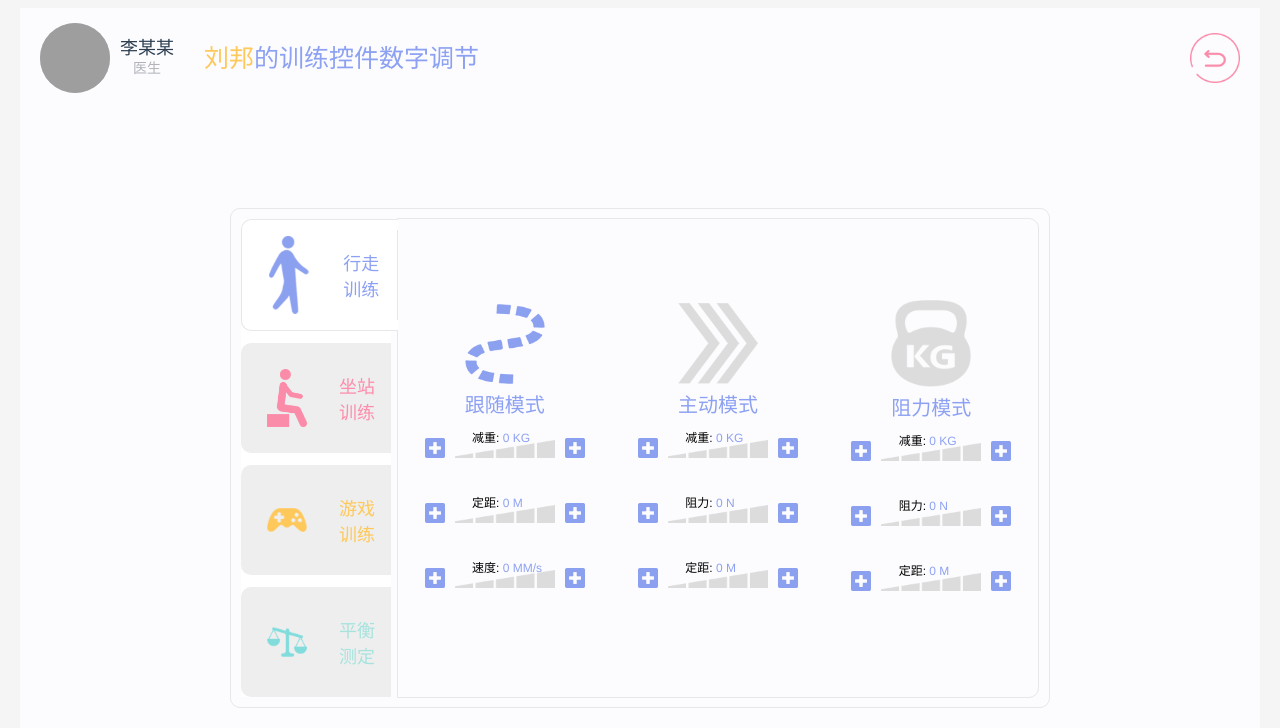
Repository: wangdanqing90/electron-vue-doctor
Page: /#/trainingAdjust
The author's editor kept a copy of each file at every save. The page is drawn from the files as they stood at one save, then again after the next save.
The browser window is 1280 px wide. The pictures show the whole page.
Pictures or frames that could not be fetched are drawn as grey boxes. The project was rebuilt for these pictures with package versions that can differ from the ones it lists, and the page was loaded fresh each time. Also part of the build but not shown: vue.config.js, src/views/Home.vue, src/assets/styles/variable.scss, src/assets/styles/iconfont.css.

Above is the page before, as saved 2020-01-15 14:33:51.

### public/index.html
<!DOCTYPE html>
<html lang="en">
  <head>
    <meta charset="utf-8">
    <meta http-equiv="X-UA-Compatible" content="IE=edge">
    <meta name="viewport" content="width=device-width,initial-scale=1.0">
    <link rel="icon" href="<%= BASE_URL %>favicon.ico">
    <title>electron-vue-demo</title>
  </head>
  <body>
    <noscript>
      <strong>We're sorry but electron-vue-demo doesn't work properly without JavaScript enabled. Please enable it to continue.</strong>
    </noscript>
    <div id="app"></div>
    <!-- built files will be auto injected -->
  </body>
</html>

### src/App.vue
<template>
  <div id="app">
    <!-- <div id="nav">
      <router-link to="/">Home</router-link> |
      <router-link to="/about">About</router-link>
    </div>-->
    <keep-alive>
      <router-view v-if="$route.meta.keepAlive"></router-view>
    </keep-alive>
    <router-view v-if="!$route.meta.keepAlive"></router-view>
  </div>
</template>

<style lang="scss">
#app {
  font-family: "Avenir", Helvetica, Arial, sans-serif;
  -webkit-font-smoothing: antialiased;
  -moz-osx-font-smoothing: grayscale;
  text-align: center;
  color: #2c3e50;
  height: 100%;
}
#nav {
  padding: 30px;
  a {
    font-weight: bold;
    color: #2c3e50;
    &.router-link-exact-active {
      color: #42b983;
    }
  }
}
</style>

### src/assets/styles/base.scss
html {
  background: #f5f5f5;
  height: 100%;
}

body {
  height: 100%;
}

p {
  margin: 0;
  padding: 0;
}

ol,
ul {
  list-style: none;
  margin: 0;
  padding: 0;
}

a {
  cursor: pointer;
}

.wrap-white {
  background: #fff;
  padding-left: 20px;
  padding-right: 20px;
  overflow: hidden;

}

.el-breadcrumb {
  margin-bottom: 15px;
}

.el-titleText {
  font-size: 20px;
  color: black;
  height: 64px;
  line-height: 64px;
}

//::-webkit-scrollbar {
//  width: 5px;
//  height: 5px;
//}
//
//::-webkit-scrollbar:horizontal {
//  height: 15px;
//}
//
//::-webkit-scrollbar-track-piece:vertical {
//  background-color: rgba(0, 0, 0, 0.2);
//  -webkit-border-radius: 6px;
//}
//
//::-webkit-scrollbar-track:horizontal {
//  background-color: rgba(0, 0, 0, 0.2);
//}
//
//::-webkit-scrollbar-thumb:vertical {
//  height: 5px;
//  background-color: rgba(125, 125, 125, 0.7);
//  -webkit-border-radius: 6px;
//}
//
//::-webkit-scrollbar-thumb:horizontal {
//  width: 5px;
//  background-color: rgba(125, 125, 125, 0.7);
//}

input[type="text"],
input[type="number"] {
  //-webkit-appearance: none;
  background-color: #fff;
  border-radius: 4px;
  border: 1px solid #d8dce5;
  box-sizing: border-box;
  color: #5a5e66;
  display: inline-block;
  font-size: inherit;
  height: 40px;
  line-height: 1;
  outline: 0;
  padding: 0 15px;
  -webkit-transition: border-color .2s cubic-bezier(.645, .045, .355, 1);
  transition: border-color .2s cubic-bezier(.645, .045, .355, 1);
  width: 100%;

  &:hover {
    border-color: #b4bccc;
  }

  &:focus {
    border-color: #409EFF;
    outline: 0;
  }
}

/*滚动条*/
::-webkit-scrollbar {
  -webkit-appearance: none;
}

::-webkit-scrollbar:vertical {
  width: 10px;
}

::-webkit-scrollbar:horizontal {
  height: 10px;
}

::-webkit-scrollbar-thumb {
  background-color: rgba(0, 0, 0, .5);
  border-radius: 10px;
  border: 2px solid #ffffff;
}

::-webkit-scrollbar-track {
  border-radius: 10px;
  background-color: #ffffff;
}

/*margin*/
.margin-bottom-240 {
  margin-bottom: 240px;
}

.margin-top--10 {
  margin-top: -10px;
}

.margin-top--15 {
  margin-top: -15px;
}

.margin-top--18 {
  margin-top: -18px;
}

.margin-top--20 {
  margin-top: -20px;
}

.margin-top--40 {
  margin-top: -40px;
}

.margin-top--60 {
  margin-top: -60px;
}

.margin-top--80 {
  margin-top: -80px;
}

.margin-top--180 {
  margin-top: -180px;
}

.margin-top-0 {
  margin-top: 0px !important;
}

.margin-top-10 {
  margin-top: 10px;
}

.margin-top-15 {
  margin-top: 15px;
}

.margin-top-20 {
  margin-top: 20px;
}

.margin-top-25 {
  margin-top: 25px;
}

.margin-top-30 {
  margin-top: 30px;
}

.margin-top-35 {
  margin-top: 35px;
}

.margin-top-40 {
  margin-top: 40px;
}

.margin-top-46 {
  margin-top: 46px;
}

.margin-top-50 {
  margin-top: 50px;
}

.margin-top-60 {
  margin-top: 60px;
}

.margin-top-70 {
  margin-top: 70px;
}

.margin-top-80 {
  margin-top: 80px;
}

.margin-top-100 {
  margin-top: 100px;
}

.margin-bottom-0 {
  margin-bottom: 0px !important;
}

.margin-bottom-5 {
  margin-bottom: 5px;
}

.margin-bottom-10 {
  margin-bottom: 20px;
}

.margin-bottom-20 {
  margin-bottom: 20px;
}

.margin-bottom-25 {
  margin-bottom: 25px;
}

.margin-bottom-30 {
  margin-bottom: 30px;
}

.margin-bottom-40 {
  margin-bottom: 40px;
}

.margin-bottom-50 {
  margin-bottom: 50px;
}

.margin-bottom-60 {
  margin-bottom: 60px;
}

.margin-bottom-70 {
  margin-bottom: 70px;
}

.margin-left-0 {
  margin-left: 0px !important;
}

.margin-left-5 {
  margin-left: 5px;
}

.margin-left--15 {
  margin-left: -15px;
}

.margin-left--35 {
  margin-left: -35px;
}

.margin-left-10 {
  margin-left: 10px;
}

.margin-left-25 {
  margin-left: 25px;
}

.margin-left-30 {
  margin-left: 30px;
}

.margin-left-40 {
  margin-left: 40px;
}

.margin-right-0 {
  margin-right: 0px;
}

.margin-right-5 {
  margin-right: 5px;
}

.margin-right-10 {
  margin-right: 10px;
}

.margin-right-30 {
  margin-right: 30px;
}


.margin-right--15 {
  margin-right: -15px;
}

.margin-right--35 {
  margin-right: -35px;
}

.margin-right--50 {
  margin-right: -50px;
}

.margin-0 {
  margin: 0px;
}

.padding-top-5 {
  padding-top: 5px;
}

.padding-top-10 {
  padding-top: 10px;
}

.padding-top-15 {
  padding-top: 15px;
}

.padding-top-20 {
  padding-top: 20px;
}

.padding-top-26 {
  padding-top: 26px;
}

.padding-top-30 {
  padding-top: 30px;
}

.padding-top-35 {
  padding-top: 35px;
}

.padding-top-40 {
  padding-top: 40px;
}

.padding-top-60 {
  padding-top: 60px;
}

.padding-top-70 {
  padding-top: 70px;
}

.padding-top-100 {
  padding-top: 100px;
}

.padding-top-150 {
  padding-top: 150px;
}

.padding-top-250 {
  padding-top: 250px;
}

.padding-left-0 {
  padding-left: 0px;
}

.padding-left-5 {
  padding-left: 5px;
}

.padding-left-7 {
  padding-left: 7.5px;
}

.padding-left-10 {
  padding-left: 10px;
}

.padding-left-12 {
  padding-left: 12px;
}

.padding-left-15 {
  padding-left: 15px;
}

.padding-left-20 {
  padding-left: 20px;
}

.padding-left-24 {
  padding-left: 24px;
}

.padding-left-30 {
  padding-left: 30px;
}

.padding-left-40 {
  padding-left: 40px;
}

.padding-left-50 {
  padding-left: 50px;
}

.padding-left-70 {
  padding-left: 70px;
}

.padding-left-90 {
  padding-left: 90px;
}

.padding-bottom-5 {
  padding-bottom: 5px;
}

.padding-bottom-10 {
  padding-bottom: 10px;
}

.padding-bottom-20 {
  padding-bottom: 20px;
}

.padding-bottom-26 {
  padding-bottom: 26px;
}

.padding-bottom-30 {
  padding-bottom: 30px;
}

.padding-bottom-40 {
  padding-bottom: 40px;
}

.padding-bottom-50 {
  padding-bottom: 50px;
}

.padding-bottom-60 {
  padding-bottom: 60px;
}

.padding-bottom-100 {
  padding-bottom: 100px;
}

.padding-right-0 {
  padding-right: 0px;
}

.padding-right-7 {
  padding-right: 7.5px;
}

.padding-right-15 {
  padding-right: 15px;
}

.padding-right-30 {
  padding-right: 30px;
}

.padding-right-40 {
  padding-right: 40px;
}

.padding-right-50 {
  padding-right: 50px;
}

.padding-right-60 {
  padding-right: 60px;
}

.padding-right-90 {
  padding-right: 90px;
}

.padding-0 {
  padding: 0px !important;
}

.padding-15 {
  padding: 15px;
}

.padding-20 {
  padding: 20px;
}

@media (min-width: 992px) {
  .margin-left-15 {
    margin-left: 15px;
  }

  .margin-right-15 {
    margin-right: 15px;
  }
}

body {
  font-size: 12px;
  color: #7F8FA4;
  font-family: "Helvetica Neue", Helvetica, "PingFang SC", "Hiragino Sans GB", "Microsoft YaHei", "微软雅黑", Arial, sans-serif;
  box-sizing: border-box;
}

.container {
  width: 1200px;
  min-height: 100%;
  margin: 0 auto;
  background: #fcfcfe;
  padding: 0 20px;
}

.el-dialog__body {
  font-size: 12px;
}

.pb10 {
  padding-bottom: 10px;
}

.pb30 {
  padding-bottom: 30px;
}

.mb30 {
  margin-bottom: 30px;
}

.toolbar {
  background: #fff;
  padding: 10px;
  margin: 10px 0px;
  text-align: center;
}

.handleMoreWrap .el-dialog__body {
  padding: 10px;
}

.handleMore-title {
  text-align: center;
  padding-bottom: 6px;
}

.handleMoreHeight {
  max-height: 300px;
  overflow: hidden;
  overflow-y: auto;
  border-top: 1px solid #ddd;
  padding-top: 10px;
}

.el-table__header th {
  white-space: nowrap;
  font-size: 12px;
  font-weight: 100;
}

.content-wrapper {
  -webkit-overflow-scrolling: touch;
}

.center {
  text-align: center;
}

.text-right {
  text-align: right;
}

.text-left {
  text-align: left;
}

.f-left {
  float: left;
}

.f-right {
  float: right;
}

.hand {
  cursor: pointer;
}

/*flex兼容*/
.display_flex {
  display: -webkit-box;
  display: -ms-flexbox;
  display: -webkit-flex;
  display: flex;
}

// .display_flex>* {
//   display: block;
// }

.display_inline-flex {
  display: -webkit-inline-box;
  display: -ms-inline-flexbox;
  display: -webkit-inline-flex;
  display: inline-flex;
}

// .display_inline-flex>* {
//   display: block;
// }

/*伸缩流方向*/
.flex-direction_column {
  -webkit-box-orient: vertical;
  -ms-flex-direction: column;
  -webkit-flex-direction: column;
  flex-direction: column;
}

/*主轴对齐*/
.justify-content_flex-center {
  -webkit-box-pack: center;
  -ms-flex-pack: center;
  -webkit-justify-content: center;
  justify-content: center;
}

.justify-content_flex-start {
  -webkit-box-pack: start;
  -ms-flex-pack: start;
  -webkit-justify-content: flex-start;
  justify-content: flex-start;
}

.justify-content_flex-end {
  -webkit-box-pack: end;
  -ms-flex-pack: end;
  -webkit-justify-content: flex-end;
  justify-content: flex-end;
}

.justify-content_flex-justify {
  -webkit-box-pack: justify;
  -ms-flex-pack: justify;
  -webkit-justify-content: space-between;
  justify-content: space-between;
}

.justify-content_flex-around {
  -webkit-box-pack: justify;
  -ms-flex-pack: justify;
  -webkit-justify-content: space-around;
  justify-content: space-around;
}

/*侧轴对齐*/
.align-items_flex-start {
  -webkit-box-align: start;
  -ms-flex-align: start;
  -webkit-align-items: flex-start;
  align-items: flex-start;
}

.align-items_flex-end {
  -webkit-box-align: end;
  -ms-flex-align: end;
  -webkit-align-items: flex-end;
  align-items: flex-end;
}

.align-items_center {
  -webkit-box-align: center;
  -ms-flex-align: center;
  -webkit-align-items: center;
  align-items: center;
}

.align-items_baseline {
  -webkit-box-align: baseline;
  -ms-flex-align: baseline;
  -webkit-align-items: baseline;
  align-items: baseline;
}

/*伸缩性*/
.flex_auto {
  -webkit-box-flex: 1;
  -ms-flex: auto;
  -webkit-flex: auto;
  flex: auto;
}

.flex_1 {
  width: 0;
  -webkit-box-flex: 1;
  -ms-flex: 1;
  -webkit-flex: 1;
  flex: 1;
}

/*显示顺序*/
.order_2 {
  -webkit-box-ordinal-group: 2;
  -ms-flex-order: 2;
  -webkit-order: 2;
  order: 2;
}

.order_3 {
  -webkit-box-ordinal-group: 3;
  -ms-flex-order: 3;
  -webkit-order: 3;
  order: 3;
}

### src/assets/styles/common.scss
.clearfix {

  &::after {
    display: block;
    height: 0;
    content: ".";
    clear: both;
    visibility: hidden;
  }
}

.float-left {
  float: left;
}

.float-right {
  float: right;
}

.align-left {
  text-align: left;
}

.align-right {
  text-align: right;
}

.small-size {
  font-size: 12px !important;
}

.large-size {
  font-size: 16px !important;
}

.New-elFrom {
  padding: 10px;
  background: #fff;

  .el-form-item {
    margin-bottom: 0;
  }

  .el-form-item__label {
    padding: 0;
    line-height: 30px;
    font-size: 12px;
    color: #7F8FA4;

  }

  .el-form-item__content-btn {
    text-align: center;
    padding: 20px 0 10px;
  }

  .el-select {
    display: block;
  }

  .el-date-editor.el-input,
  .el-input-number--medium {
    width: 100%;
  }
}

.el-radio-group {
  display: flex;
  display: -webkit-flex;
}

.el-radio-group .el-radio-button {
  flex: 1;
}



.el-button.purple,
.el-button.purple:active,
.el-button.purple:focus,
.el-button.purple:hover {
  color: white;
  background-color: #8c69e7;
  border: none;
  box-shadow: 0 2px 12px 0 rgba(240, 240, 240, 0.1)
}



.el-dialog {
  border-radius: 10px;

  .el-dialog__body {
    .purple {
      color: $purpleFontColor;
      font-size: 20px;
    }
  }
}

.el-form-item__label {
  color: $purpleFontColor;
}

.el-message-box .el-message-box__content {
  color: $purpleFontColor;
  font-size: 20px;
  margin: 30px 0;
  text-align: center;
}

.purpleFontColor {
  color: $purpleFontColor;
}

.pinkFontColor {
  color: $pinkFontColor;
}

.greenFontColor {
  color: $greenFontColor;
}

.yellowFontColor {
  color: $yellowFontColor;
}

### src/views/TrainingAdjust/TrainingAdjust.vue
/* eslint-disable vue/no-unused-vars */
<template>
  <div class="container">
    <HeaderDoctor :leftImg="leftImg" :title="title" :titleName="titleName">
      <template v-slot:right>
        <div class="header-right-div display_flex justify-content_flex-center align-items_center">
          <img src="@/../images/back.png" @click="backClick" />
        </div>
      </template>
    </HeaderDoctor>

    <div class="inform-container">
      <div class="inform-inner display_flex justify-content_flex-justify align-items_center">
        <div
          class="left display_inline-flex flex-direction_column justify-content_flex-justify align-items_center"
        >
          <div
            class="left-inner"
            :class="activeClass == index ? 'active':''"
            v-for="(item,index) in tagList"
            :key="index"
            @click="getItem(index)"
          >
            <div
              class="left-inner-inner display_flex justify-content_flex-around align-items_center"
            >
              <img :src="item.imgsrc" />
              <div :class="item.colorClass">
                <div>{{item.name}}</div>
                <div>{{item.namebottom}}</div>
              </div>
            </div>
          </div>
        </div>
        <div class="right display_flex justify-content_flex-justify align-items_center">
          <AdjustContiner :type="1" :disable="false"></AdjustContiner>
          <AdjustContiner :type="2"></AdjustContiner>
          <AdjustContiner :type="3"></AdjustContiner>
        </div>
      </div>
    </div>
  </div>
</template>

<script>
import HeaderDoctor from "@/components/HeaderDoctor/HeaderDoctor.vue";
import AdjustContiner from "@/components/Adjust/AdjustContiner.vue";

export default {
  name: "trainingPlan",
  components: {
    HeaderDoctor,
    AdjustContiner
  },

  data() {
    return {
      leftImg: "",
      activeClass: 0,
      tagList: [
        {
          name: "行走",
          namebottom: "训练",
          id: 1,
          imgsrc: require("@/../images/walkingtraining.png"),
          colorClass: "purpleFontColor"
        },
        {
          name: "坐站",
          namebottom: "训练",
          id: 2,
          imgsrc: require("@/../images/stationtraining.png"),
          colorClass: "pinkFontColor"
        },
        {
          name: "游戏",
          namebottom: "训练",
          id: 3,
          imgsrc: require("@/../images/gametraining.png"),
          colorClass: "yellowFontColor"
        },
        {
          name: "平衡",
          namebottom: "测定",
          id: 4,
          imgsrc: require("@/../images/balancedetermination.png"),
          colorClass: "greenFontColor"
        }
      ]
    };
  },
  created() {
    this.leftImg = require("../../../images/logo.png");
    this.title = "的训练控件数字调节";
    this.titleName = "刘邦";
  },
  methods: {
    backClick() {
      this.$router.go(-1);
    },
    getItem(index) {
      this.activeClass = index; // 把当前点击元素的index，赋值给activeClass
    },
    selectClick(index) {
      // this.activeRightClass = index;
    }
  },
  watch: {}
};
</script>

<style scoped lang="scss">
.header {
  .header-right {
    img {
      width: 50px;
      margin-left: 20px;
    }
  }
}
.inform-container {
  box-sizing: border-box;
  margin: 100px auto;
  height: 500px;
  font-size: 12px;
  border-radius: 10px;
  border: 1px solid #e7e7e7;
  width: 820px;

  .inform-inner {
    box-sizing: border-box;
    padding: 10px;
    height: 100%;
    font-size: 18px;
    .left {
      width: 150px;
      background: white;
      height: 100%;
      z-index: 10;
      .left-inner {
        width: 100%;
        border-radius: 10px 0 0 10px;
        background: #eeeeee;
        .left-inner-inner {
          height: 90px;
          margin: 10px 0 10px 10px;
        }
        img {
          width: 40px;
        }
      }
      .active {
        background: white;
        border-top: 1px solid #e7e7e7;
        border-left: 1px solid #e7e7e7;
        border-bottom: 1px solid #e7e7e7;
        width: 156px;
        margin-right: -6px;
        .left-inner-inner {
          border-right: 1px solid #e7e7e7;
        }
      }
    }
    .right {
      width: 640px;
      height: 100%;
      border-top: 1px solid #e7e7e7;
      border-right: 1px solid #e7e7e7;
      border-bottom: 1px solid #e7e7e7;
      border-left: 1px solid #e7e7e7;
      border-radius: 0 10px 10px 0;
      color: #dcdcdc;
    }
  }
}
</style>

### src/components/HeaderDoctor/HeaderDoctor.vue
// 头部组件
<template>
  <el-row>
    <el-col :span="24" class="header">
      <div
        @click="jumpDoctorInform"
        class="header-left f-left display_flex justify-content_flex-center align-items_center"
      >
        <el-avatar
          :size="70"
          src="https://cube.elemecdn.com/0/88/03b0d39583f48206768a7534e55bcpng.png"
        ></el-avatar>
        <div
          class="display_flex flex-direction_column justify-content_flex-center align-items_center margin-left-10"
        >
          <div class="name">李某某</div>
          <div class="job">医生</div>
        </div>
      </div>
      <div class="header-middle-name f-left">{{titleName}}</div>
      <div class="header-middle f-left">{{title}}</div>

      <div class="header-right f-right">
        <slot name="right"></slot>
      </div>
    </el-col>
  </el-row>
</template>

<script>
export default {
  name: "HeaderDoctor",
  props: {
    msg: String,
    leftImg: {
      type: String,
      default: "../../../images/logo.png"
    },
    title: { String, default: "" },
    titleName: { String, default: "" }
  },

  data() {
    return {};
  },

  created() {},
  beforeDestroy() {},
  beforeMount() {},
  mounted() {},
  destroyed() {},
  methods: {
    jumpDoctorInform() {
      this.$router.push({
        path: "/detailInform",
        name: "detailInform",
        query: { type: "doctor" }
      });
    }
  }
};
</script>

<style scoped lang="scss">
.header {
  height: 100px;
  line-height: 100px;
  .header-left {
    height: 100%;
    text-align: left;
    margin-right: 30px;
    img {
      width: 150px;
    }
    .name {
      height: 20px;
      line-height: 20px;
      font-size: 18px;
    }
    .job {
      height: 20px;
      line-height: 20px;
      font-size: 14px;
      color: #b0b3b9;
    }
  }
  .header-middle-name {
    font-size: 25px;

    color: $yellowFontColor;
  }
  .header-middle {
    font-size: 25px;

    color: $purpleFontColor;
  }
  .header-right {
    height: 100%;
  }
}

::v-deep .header-right-div {
  height: 100%;
}
</style>

### src/components/Adjust/AdjustContiner.vue
// 调节组件
<template>
  <div class="adjust-container" :class="config.disable?'':config.fontColor">
    <div class="top">
      <img :src="config.disable? config.imgsrcGray:config.imgsrc" />
      <div>{{config.title}}</div>
    </div>

    <!-- 下面的加减按钮 -->
    <div class="bottom">
      <Adjust
        v-for="(item,index) in config.adjusts"
        :key="index"
        :disable="config.disable"
        :adjust="config.adjusts[index]"
        :fontColor="config.fontColor"
      ></Adjust>
    </div>
  </div>
</template>

<script>
import Adjust from "@/components/Adjust/Adjust.vue";
export default {
  name: "AdjustContiner",
  components: {
    Adjust
  },
  props: {
    type: {
      type: Number,
      default: 0
    },
    disable: {
      type: Boolean,
      default: true
    }
  },

  data() {
    return {
      config: {}
    };
  },

  created() {
    if (this.type === 1) {
      this.config = {
        title: "跟随模式",
        imgsrc: require("@/../images/followmode_1.png"),
        imgsrcGray: require("@/../images/followmode_2.png"),
        width: "120px",
        fontColor: "purpleFontColor",
        adjusts: [
          {
            name: "减重",
            step: 10,
            total: 0,
            unit: "KG"
          },
          {
            name: "定距",
            step: 70,
            total: 0,
            unit: "M"
          },
          {
            name: "速度",
            step: 20,
            total: 0,
            unit: "MM/s"
          }
        ]
      };
    } else if (this.type === 2) {
      this.config = {
        title: "主动模式",
        imgsrc: require("@/../images/activemode_2.png"),
        imgsrcGray: require("@/../images/activemode_1.png"),
        width: "120px",
        fontColor: "purpleFontColor",
        adjusts: [
          {
            name: "减重",
            step: 10,
            total: 0,
            unit: "KG"
          },
          {
            name: "阻力",
            step: 6,
            total: 0,
            unit: "N"
          },
          {
            name: "定距",
            step: 20,
            total: 0,
            unit: "M"
          }
        ]
      };
    } else if (this.type === 3) {
      this.config = {
        title: "阻力模式",
        imgsrc: require("@/../images/resistancemode_2.png"),
        imgsrcGray: require("@/../images/resistancemode_1.png"),
        width: "120px",
        fontColor: "purpleFontColor",
        adjusts: [
          {
            name: "减重",
            step: 10,
            total: 0,
            unit: "KG"
          },
          {
            name: "阻力",
            step: 6,
            total: 0,
            unit: "N"
          },
          {
            name: "定距",
            step: 20,
            total: 0,
            unit: "M"
          }
        ]
      };
    }
  },
  beforeDestroy() {},
  beforeMount() {},
  mounted() {},
  destroyed() {},
  methods: {}
};
</script>

<style scoped lang="scss">
.adjust-container {
  width: 210px;
  padding: 50px 20px;
  //   .purpleFontColor {
  //     color: $purpleFontColor;
  //   }

  //   .pinkFontColor {
  //     color: $pinkFontColor;
  //   }

  //   .greenFontColor {
  //     color: $greenFontColor;
  //   }

  //   .yellowFontColor {
  //     color: $yellowFontColor;
  //   }
  .top {
    font-size: 20px;
    img {
      width: 80px;
    }
  }
}
</style>

### src/components/Adjust/Adjust.vue
// 调节组件
<template>
  <div class="adjust">
    <img class="adjustLeft" :src="this.disable?this.addDisableImg:this.addImg" />
    <img class="adjustMiddle" :src="this.imgArry[0]" />
    <img class="adjustRight" :src="this.disable?this.addDisableImg:this.addImg" />
    <div class="inform">
      <span>{{adjust.name}}:</span>
      {{adjust.total}} {{adjust.unit}}
    </div>
  </div>
</template>

<script>
export default {
  name: "Adjust",
  props: {
    adjust: {
      type: Object,
      default: () => {}
    },
    fontColor: {
      type: String,
      default: "purpleFontColor"
    },
    disable: {
      type: Boolean,
      default: false
    }
  },

  data() {
    return {
      addDisableImg: require("@/../images/add_3.png"),
      addImg: "",
      imgArry: []
    };
  },

  created() {
    console.log(this.adjust);
    if (this.fontColor == "purpleFontColor") {
      this.addImg = require("@/../images/add_1.png");
      this.imgArry = [
        require("@/../images/blue_0.png"),
        require("@/../images/blue_1.png"),
        require("@/../images/blue_2.png"),
        require("@/../images/blue_3.png"),
        require("@/../images/blue_4.png"),
        require("@/../images/blue_5.png")
      ];
    }
  },
  beforeDestroy() {},
  beforeMount() {},
  mounted() {},
  destroyed() {},
  methods: {}
};
</script>

<style scoped lang="scss">
.adjust {
  position: relative;
  padding: 20px 0;
  .adjustLeft,
  .adjustRight {
    width: 20px;
  }
  .adjustMiddle {
    width: 100px;
    margin: 0 10px;
  }
  .inform {
    font-size: 12px;
    position: absolute;
    top: 10px;
    left: 54px;
    span {
      color: black;
    }
  }
}
</style>

Loaded but not shown: src/store.js (common file); src/router.js (99 lines, source omitted); src/main.js (32 lines, source omitted); src/assets/js/common.js (22 lines, source omitted)

After the next save:
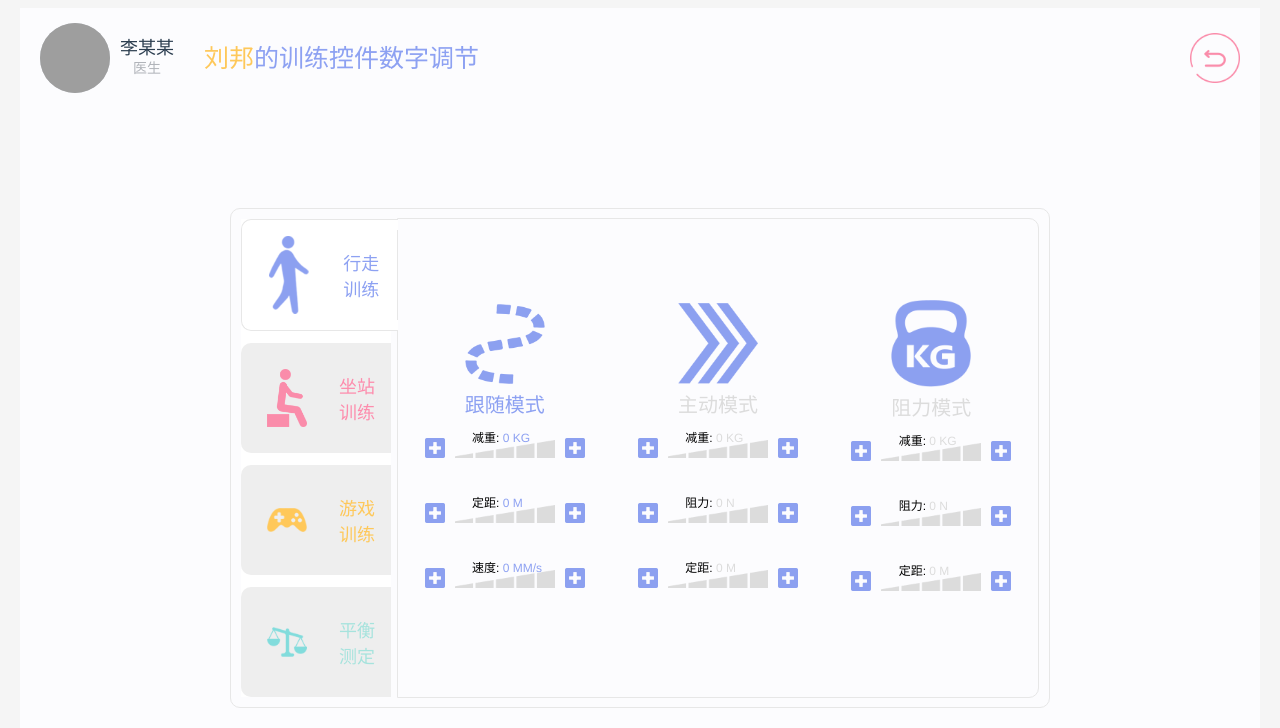
Saved 29 s later.
--- a/src/components/Adjust/AdjustContiner.vue
+++ b/src/components/Adjust/AdjustContiner.vue
@@ -1,8 +1,8 @@
 // 调节组件
 <template>
-  <div class="adjust-container" :class="config.disable?'':config.fontColor">
+  <div class="adjust-container" :class="disable?'':config.fontColor">
     <div class="top">
-      <img :src="config.disable? config.imgsrcGray:config.imgsrc" />
+      <img :src="disable? config.imgsrcGray:config.imgsrc" />
       <div>{{config.title}}</div>
     </div>
 
